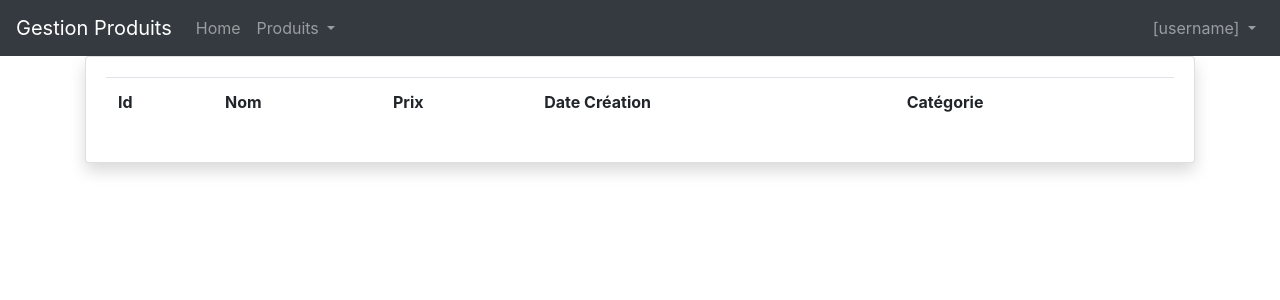
Repository: nadhemBelHadj/Angular_Atelier_Recherche
Page: /rechercheParCategorie
An editor plug-in stored every save of this project. The page is shown before and after the next save, followed by the edit.
The browser window is 1280 px wide. The pictures show the whole page.
The project was rebuilt for these pictures with package versions that can differ from the ones it lists, and the page was loaded fresh each time. Also part of the build but not shown: angular.json, src/app/produits/produits.component.ts, src/app/add-produit/add-produit.component.ts, src/app/update-produit/update-produit.component.ts.

Above is the page before, as saved 2021-12-07 17:30:33.

### src/index.html
<!doctype html>
<html lang="en">
<head>
  <meta charset="utf-8">
  <title>MesProduits</title>
  <base href="/">

  <meta name="viewport" content="width=device-width, initial-scale=1">
  <link rel="icon" type="image/x-icon" href="favicon.ico">
</head>
<body>
  <app-root></app-root>
</body>
</html>

### src/app/app.module.ts
import { BrowserModule } from '@angular/platform-browser';
import { NgModule } from '@angular/core';
import { FormsModule } from '@angular/forms';
import { AppRoutingModule } from './app-routing.module';
import { AppComponent } from './app.component';
import { ProduitsComponent } from './produits/produits.component';
import { AddProduitComponent } from './add-produit/add-produit.component';
import { UpdateProduitComponent } from './update-produit/update-produit.component';
import { RechercheParCategorieComponent } from './recherche-par-categorie/recherche-par-categorie.component';

@NgModule({
  declarations: [
    AppComponent,
    ProduitsComponent,
    AddProduitComponent,
    UpdateProduitComponent,
    RechercheParCategorieComponent
  ],
  imports: [
    BrowserModule,
    AppRoutingModule,
    FormsModule
  ],
  providers: [],
  bootstrap: [AppComponent]
})
export class AppModule { }

### src/app/app-routing.module.ts
import { NgModule } from '@angular/core';
import { Routes, RouterModule } from '@angular/router';
import { ProduitsComponent } from './produits/produits.component';
import { AddProduitComponent } from './add-produit/add-produit.component';
import { UpdateProduitComponent } from './update-produit/update-produit.component';
import { RechercheParCategorieComponent } from './recherche-par-categorie/recherche-par-categorie.component';

const routes: Routes = [
  {path: "produits", component : ProduitsComponent},
  {path: "add-produit", component : AddProduitComponent},
  {path: "updateProduit/:id",  component: UpdateProduitComponent},
  {path: "rechercheParCategorie", component : RechercheParCategorieComponent},
  {path: "", redirectTo: "produits", pathMatch: "full" }
];

@NgModule({
  imports: [RouterModule.forRoot(routes)],
  exports: [RouterModule]
})
export class AppRoutingModule { }

### src/app/recherche-par-categorie/recherche-par-categorie.component.ts
import { ProduitService } from './../services/produit.service';
import { Component, OnInit } from '@angular/core';
import { Produit } from '../model/produit.model';

@Component({
  selector: 'app-recherche-par-categorie',
  templateUrl: './recherche-par-categorie.component.html',
  styles: [
  ]
})
export class RechercheParCategorieComponent implements OnInit {

  produits : Produit[] =[]; //un tableau de Produit

  constructor(private produitService: ProduitService ) {
   // this.produits = produitService.listeProduits();
   }

  ngOnInit(): void {
  }

}

### src/app/app.component.html
<!DOCTYPE html>
<html >
<head>
<meta charset="utf-8">
<title>Gestion des Produits</title>
</head>
<body>
<nav class="navbar navbar-expand-sm bg-dark navbar-dark">
  <!-- Brand -->
  <a class="navbar-brand" href="#">Gestion Produits</a>

  <!-- Links -->
  <ul class="navbar-nav">
    <li class="nav-item">
      <a class="nav-link"   routerLink="/produits" >Home</a>
    </li>

    <!-- Dropdown -->
    <li class="nav-item dropdown">
      <a class="nav-link dropdown-toggle" href="#" id="navbardrop" data-toggle="dropdown">
        Produits
      </a>
      <div class="dropdown-menu">
        <a class="dropdown-item"  routerLink="/add-produit">Ajouter</a>
        <a class="dropdown-item"  routerLink="/produits" >Lister</a>
        <a class="dropdown-item"  routerLink="/rechercheParCategorie" >Recherche Par Catégorie</a>
      </div>
    </li>
    </ul>

    <ul class="navbar-nav ml-auto" >
     <li class="nav-item dropdown">
      <a class="nav-link dropdown-toggle" href="#" id="navbardrop" data-toggle="dropdown">
      [username]
      </a>
      <div class="dropdown-menu">
        <a class="dropdown-item" href="#">login</a>
        <a class="dropdown-item" href="#">logout</a>
          <a class="dropdown-item" href="#">Profile</a>
      </div>
    </li>
  </ul>
</nav>
</body>
</html>

<router-outlet></router-outlet>

### src/app/services/produit.service.ts
import { Injectable } from '@angular/core';
import { Produit } from '../model/produit.model';
import { Observable, of } from 'rxjs';
import { Categorie } from '../model/categorie.model';

@Injectable({
  providedIn: 'root'
})
export class ProduitService {
  produits : Produit[]; //un tableau de Produit
  produit = new Produit();
  categorie = new Categorie();

  categories : Categorie[];
  constructor() {
    this.categories = [ {idCat : 1, nomCat : "PC"},
                        {idCat : 2, nomCat : "Imprimante"}];

    this.produits = [
      { idProduit : 1,  nomProduit : "PC Asus", prixProduit : 3000.600, dateCreation : new Date("01/14/2011"), categorie : {idCat : 1, nomCat : "PC"}},
      { idProduit : 2,  nomProduit : "Imprimante Epson", prixProduit : 450, dateCreation : new Date("12/17/2010"), categorie : {idCat : 2, nomCat : "Imprimante"}},
      { idProduit : 3,  nomProduit :"Tablette Samsung", prixProduit : 900.123, dateCreation : new Date("02/20/2020"),categorie : {idCat : 1, nomCat : "PC"}}
    ];
   }

    listeProduits():Produit[] {
      return this.produits;
    }

    listeCategories():Categorie[] {
      return this.categories;
    }

    ajouterProduit( prod: Produit){
      this.produits.push(prod);
    }

    supprimerProduit( prod: Produit){
     //supprimer le produit prod du tableau produits
      const index = this.produits.indexOf(prod, 0);
      if (index > -1) {
        this.produits.splice(index, 1);
      }

      //ou Bien
      /*  this.produits.forEach((cur, index) => {
         if(prod.idProduit === cur.idProduit) {
               this.produits.splice(index, 1);
            }
      }); */

    }

    consulterProduit(id:number): Produit{
     this.produit =  this.produits.find(p => p.idProduit == id);
       return this.produit;
    }


    trierProduits(){
      this.produits = this.produits.sort((n1,n2) => {
        if (n1.idProduit > n2.idProduit) {
            return 1;
        }

        if (n1.idProduit < n2.idProduit) {
            return -1;
        }

        return 0;
    });
    }

    updateProduit(p:Produit)
    {
     // console.log(p);
      this.supprimerProduit(p);
      this.ajouterProduit(p);
      this.trierProduits();
    }


    consulterCategorie(id:number): Categorie{
      this.categorie =  this.categories.find(cat => cat.idCat  == id);
        return this.categorie;
     }


}

### src/app/model/produit.model.ts
import { Categorie } from './categorie.model';

export class Produit {
    idProduit : number;
    nomProduit : string;
    prixProduit : number;
    dateCreation : Date;
    categorie : Categorie
}

### src/app/recherche-par-categorie/recherche-par-categorie.component.html
<div class="container">
  <div class="card shadow mb-4">
    <div class="card-body">
     <table class="table table-striped">
        <tr> <th>Id</th><th>Nom</th> <th>Prix</th>  <th>Date Création</th><th>Catégorie</th> </tr>
              <tbody *ngFor="let produit of produits">
                       <tr >
                          <td>{{produit.idProduit}}</td>
                          <td>{{produit.nomProduit}}</td>
                          <td>{{produit.prixProduit}}</td>
                          <td>{{produit.dateCreation | date:'dd/MM/yyyy'}}</td>
                          <td>{{produit.categorie.nomCat}}</td>
                          <td><a class="btn btn-danger" (click)="supprimerProduit(produit)">Supprimer</a></td>
                          <td><a class="btn btn-success" [routerLink]="['/updateProduit',produit.idProduit]">Modifier</a></td>

                        </tr>
               </tbody>
    </table>
    </div>
  </div>
</div>

### src/app/model/categorie.model.ts
export class Categorie {
    idCat : number;
    nomCat : string;
}

Loaded but not shown: src/styles.css (common file); src/main.ts (common file); src/environments/environment.ts (common file); src/app/app.component.ts (common file); src/app/app.component.css (no stored copy; drawn as an empty file)

After the next save:
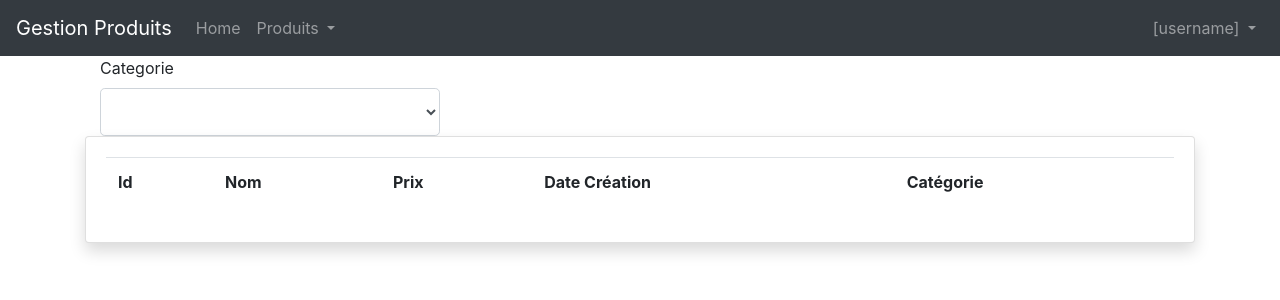
Saved 87 s later.
--- a/src/app/recherche-par-categorie/recherche-par-categorie.component.ts
+++ b/src/app/recherche-par-categorie/recherche-par-categorie.component.ts
@@ -11,12 +11,14 @@ import { Produit } from '../model/produit.model';
 export class RechercheParCategorieComponent implements OnInit {
 
   produits : Produit[] =[]; //un tableau de Produit
+  categories : Categorie[];
 
   constructor(private produitService: ProduitService ) {
    // this.produits = produitService.listeProduits();
    }
 
   ngOnInit(): void {
+    this.categories = this.produitService.listeCategories();
   }
 
 }
--- a/src/app/recherche-par-categorie/recherche-par-categorie.component.html
+++ b/src/app/recherche-par-categorie/recherche-par-categorie.component.html
@@ -1,4 +1,12 @@
 <div class="container">
+<div class="col-sm-4 col-md-4 col-lg-4">
+                    <label>Categorie</label>
+                      <select class="form-control form-control-lg" id="idCat" name="idCat" [(ngModel)]="newIdCat">
+                        <option *ngFor="let cat of categories" [value]="cat.idCat" >
+                              {{cat.nomCat}}
+                        </option>
+                    </select>
+</div>
   <div class="card shadow mb-4">
     <div class="card-body">
      <table class="table table-striped">
